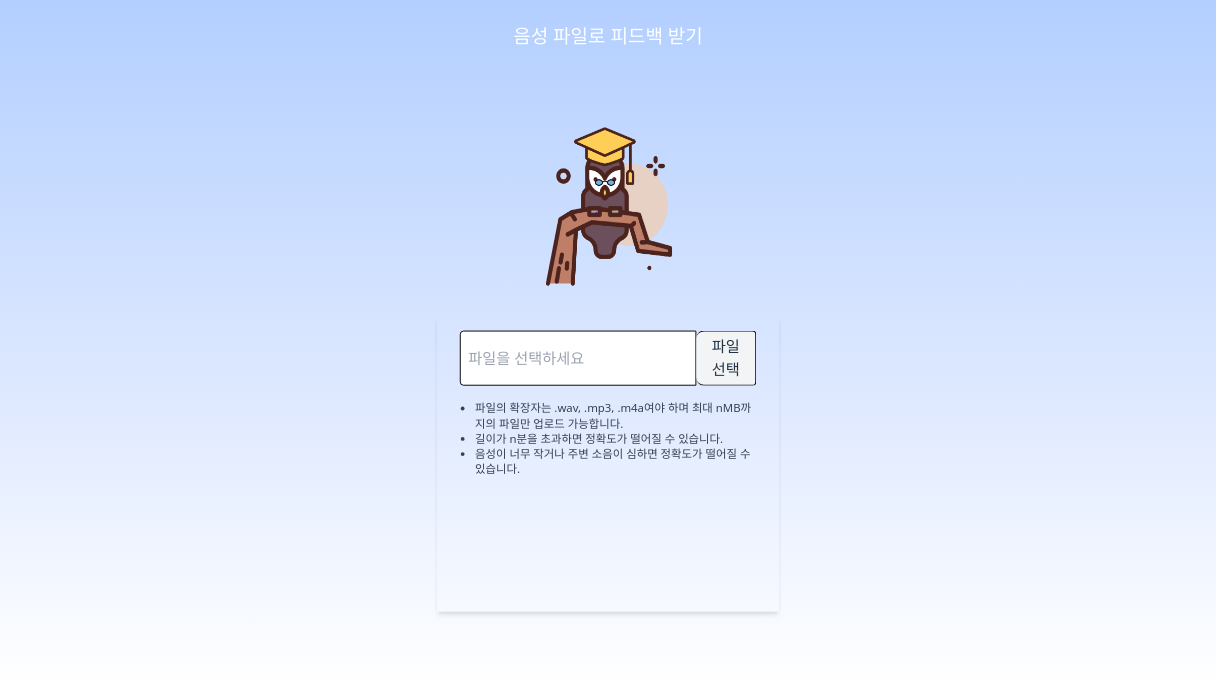
Repository: yurim1205/mini_front
Page: /record (app in frontend/)
These files come from the project's save history. The page is drawn as it stood at one moment and after the next save; the edit follows.
The browser window is 1280 px wide. The pictures show the whole page, at 95% of full size.
The project was rebuilt for these pictures with package versions that can differ from the ones it lists, and the page was loaded fresh each time. Also part of the build but not shown: frontend/vite.config.js, frontend/src/components/common/Button.jsx, frontend/src/components/buttons/fileFeedbackBtn.jsx, frontend/src/components/buttons/rec_FeedbackBtn.jsx, frontend/src/pages/home.jsx, frontend/src/pages/fileFeedback.jsx.

Above is the page before, as saved 2025-05-14 09:28:36.

After the next save:
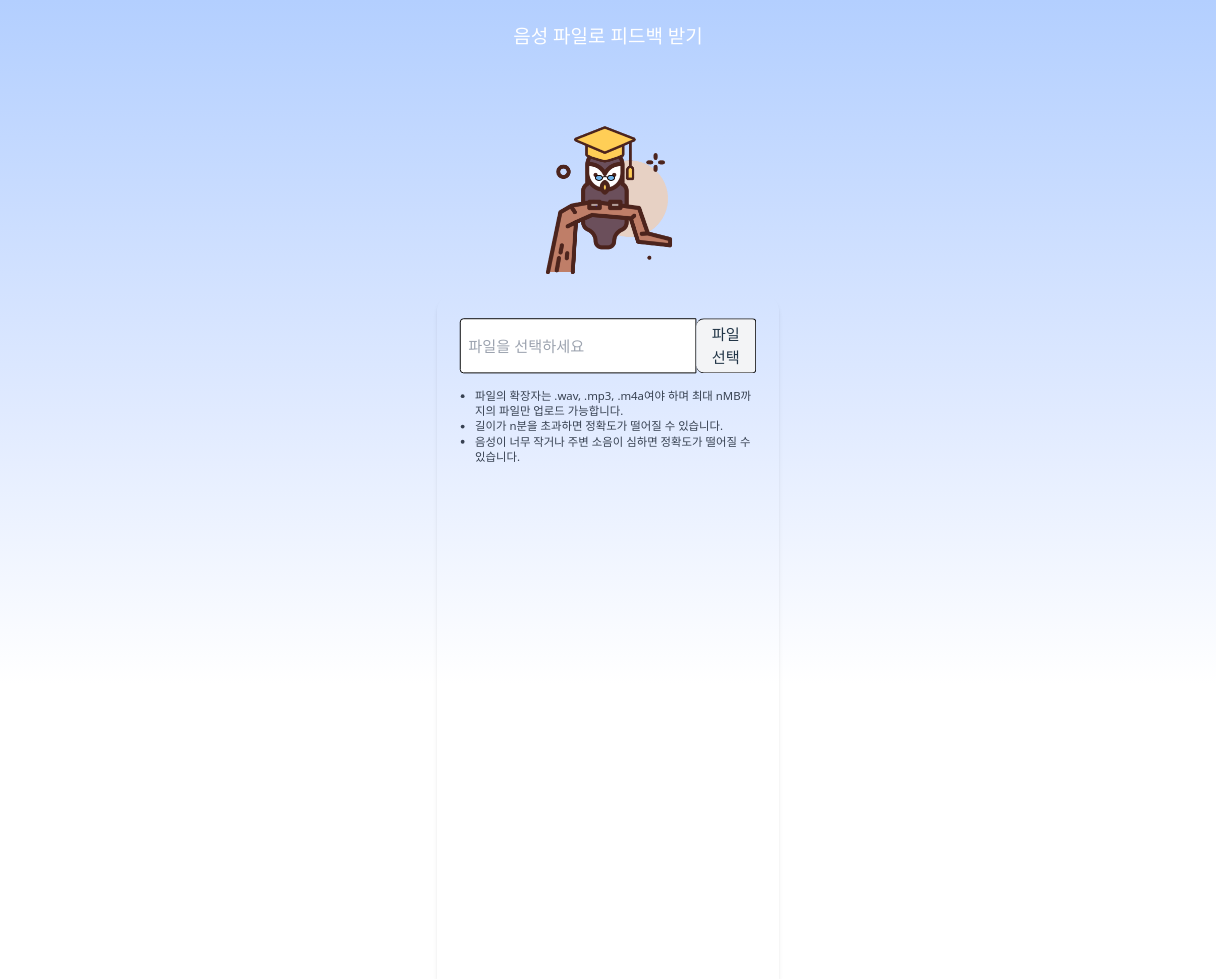
Saved 65 s later.
--- a/frontend/src/pages/recordFeedback.jsx
+++ b/frontend/src/pages/recordFeedback.jsx
@@ -27,7 +27,7 @@
         />
 
         <div
-          className="rounded-t-2xl rounded-b-none shadow-md w-full px-6 py-6 mt-2 flex flex-col items-center min-h-[320px]"
+          className="rounded-t-2xl rounded-b-none shadow-md w-full px-6 py-6 mt-2 flex flex-col items-center min-h-screen"
         >
           {/* 파일 업로드 부분 */}
           <div className="flex w-full mb-4">

After the save that followed:
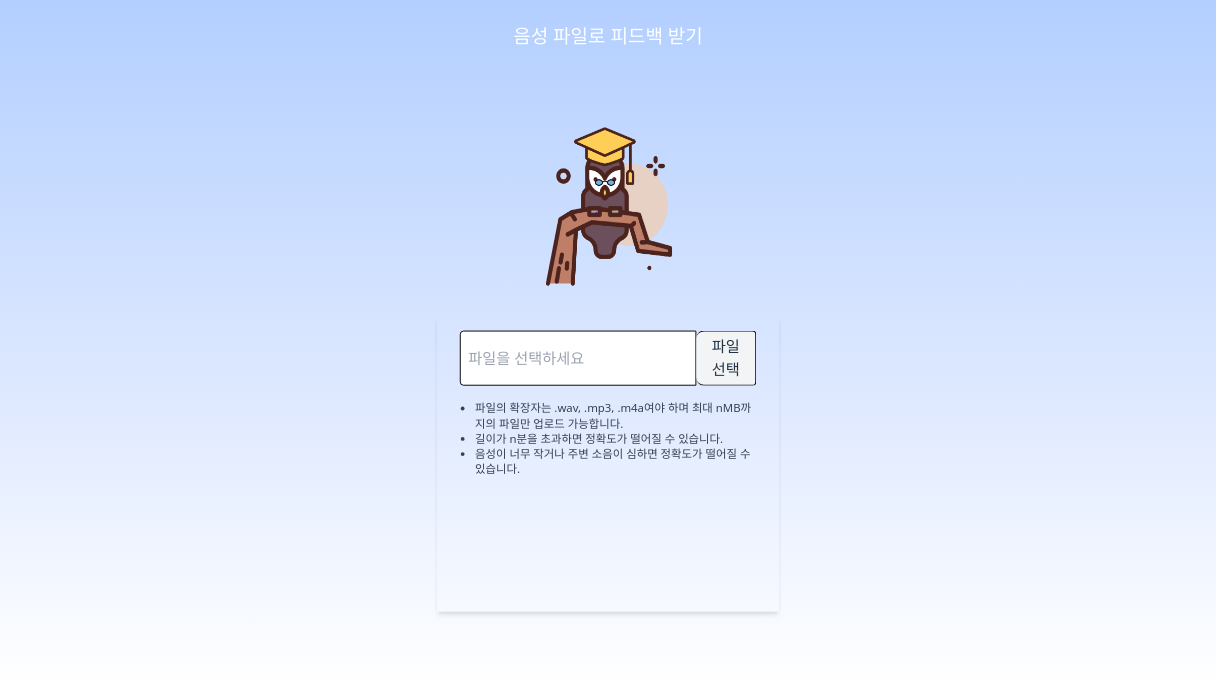
Saved 36 s later.
--- a/frontend/src/pages/recordFeedback.jsx
+++ b/frontend/src/pages/recordFeedback.jsx
@@ -27,7 +27,7 @@
         />
 
         <div
-          className="rounded-t-2xl rounded-b-none shadow-md w-full px-6 py-6 mt-2 flex flex-col items-center min-h-screen"
+          className="rounded-t-2xl rounded-b-none shadow-md w-full px-6 py-6 mt-2 flex flex-col items-center min-h-[320px]"
         >
           {/* 파일 업로드 부분 */}
           <div className="flex w-full mb-4">
